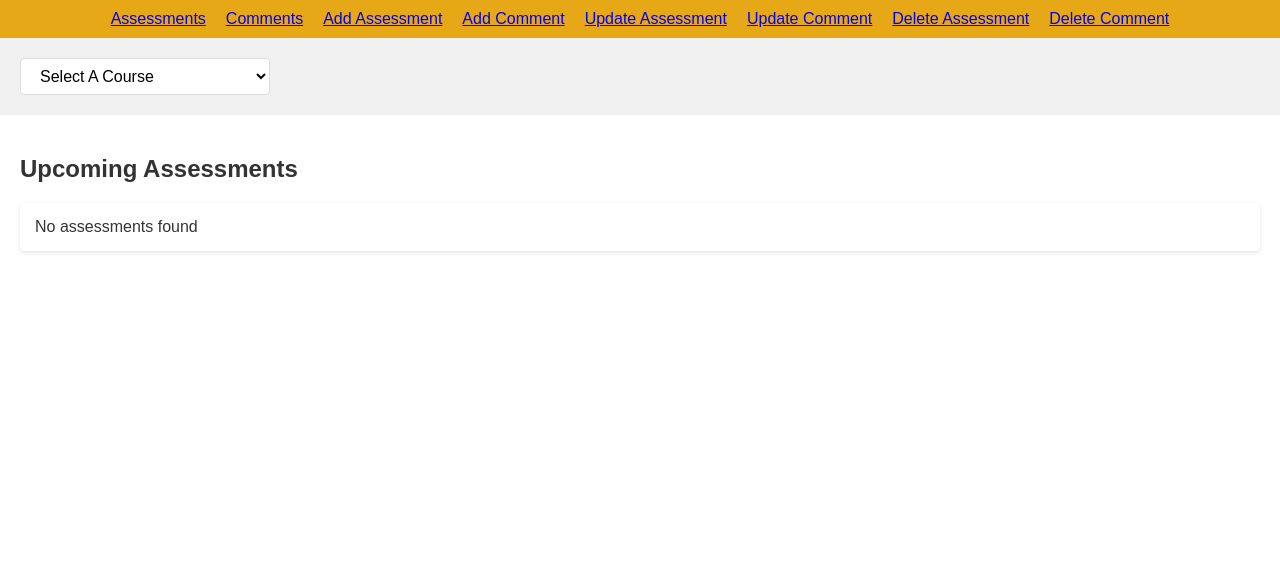
Repository: zunairahamid/Mizan-App
Page: cmps350group7-main/mizan_app/get_assessments/instructor-get-assessments/index.html
These files come from the project's save history. The page is drawn as it stood at one moment and after the next save; the edit follows.
The browser window is 1280 px wide. The pictures show the whole page.

Above is the page before, as saved 2025-04-25 00:02:05.

After the next save:
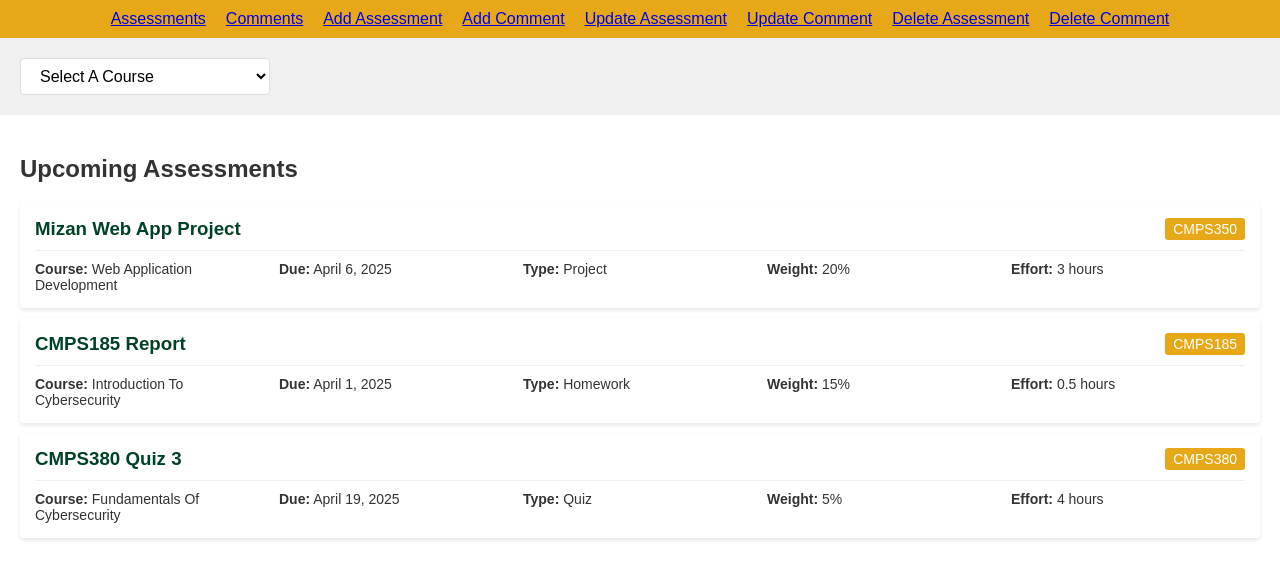
Saved 53 s later.
--- a/cmps350group7-main/mizan_app/get_assessments/instructor-get-assessments/script.js
+++ b/cmps350group7-main/mizan_app/get_assessments/instructor-get-assessments/script.js
@@ -1,6 +1,16 @@
 document.addEventListener("DOMContentLoaded", async function() {
     try {
-        let assessments=JSON.parse(localStorage.getItem("assessments")??"[]");
+        const response = await fetch("../../mizan-data/assessments.json" );
+
+        if (!response.ok) {
+            throw new Error(`Failed to fetch data: ${response.status}`);
+        }
+
+        const assessments = await response.json();
+
+        if (!Array.isArray(assessments)) {
+            throw new Error("Invalid data format: expected array");
+        }
 
         // Populate course dropdown
         populateCourseDropdown(assessments);
